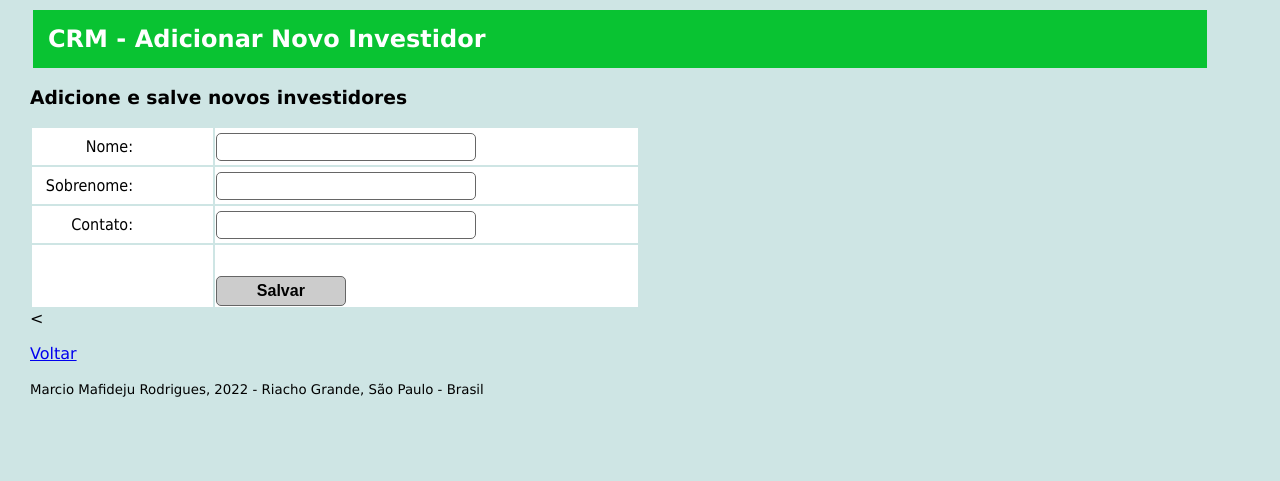
Repository: mafideju/CustomerTracker
Page: http://localhost/web-customer-tracker/WEB-INF/view/customer-form.jsp
These files come from the project's save history. The page is drawn as it stood at one moment and after the next save; the edit follows.
The browser window is 1280 px wide. The pictures show the whole page.
The page is served by Tomcat 9. Nobody is signed in. Other server files are loaded and not shown. The template is opened directly, without the code that normally fills it, so the values that code supplies are empty.

Above is the page before, as saved 2022-01-27 13:33:08.

### web-customer-tracker/WebContent/WEB-INF/view/customer-form.jsp
<%@ taglib uri="http://www.springframework.org/tags/form" prefix="form" %>

<!DOCTYPE html>
<html>
	<head>
		<title>Salvar Investidores</title>
		<link type="text/css" rel="stylesheet" href="${pageContext.request.contextPath}/resources/css/style.css">
		<link type="text/css" rel="stylesheet" href="${pageContext.request.contextPath}/resources/css/add-customer-style.css">
	</head>

	<body>
		<main>

			<div id="wrapper">
				<div id="header">
					<h2>CRM - Adicionar Novo Investidor</h2>
				</div>
			</div>

			<div id="container">

				<h3>Adicione e salve novos investidores</h3>
				<form:form action="saveCustomer" modelAttribute="customer" method="POST">
				<form:hidden path="id" />

					<table>
						<tbody>
						<tr>
							<td><label>Nome: </label></td>
							<td><form:input path="firstName"/></td>
						</tr>
						<tr>
							<td><label>Sobrenome: </label></td>
							<td><form:input path="lastName"/></td>
						</tr>
						<tr>
							<td><label>Contato: </label></td>
							<td><form:input path="email"/></td>
						</tr>
						<tr>
							<td><label></label></td>
							<td><input type="submit" value="Salvar" class="save" /></td>
						</tr>
						</tbody>
					</table>
					<
				</form:form>
				<div style="clear; both"></div>
				<p><a href="${pageContext.request.contextPath}/customer/list">Voltar</a></p>
			</div>

		</main>
		<footer>
			<small>Marcio Mafideju Rodrigues, 2022 - Riacho Grande, São Paulo - Brasil</small>
		</footer>
	</body>
</html>

### web-customer-tracker/WebContent/resources/css/style.css
html, body{
	margin-left:15px;
	margin-right:15px;
	padding:0px;
	font-family:Verdana, Arial, Helvetica, sans-serif;
	background-color: #cee5e4;
}

table {
	border-radius: 15px;
	border-bottom:1px solid gray;
	font-family: Tahoma,Verdana,Segoe,sans-serif;
	width:100%;
}

th {
	border-bottom:1px solid gray;
	background:none repeat scroll 0 0 #09c332;
	padding:10px;
	color: #FFFFFF;
	border-radius: 5px;
}

tr {
	border-top:1px solid gray;
	text-align:center;
}

tr:nth-child(even) {background: #FFFFFF;}
tr:nth-child(odd) {background: #BBBBBB;}

.add-button {
	border: 1px solid #666;
	border-radius: 5px;
	padding: 4px;
	font-size: 12px;
	font-weight: bold;
	width: 120px;
	padding: 5px 10px;
	margin-bottom: 15px;
	background: #cccccc;
}

#wrapper {
	width: 100%;
	margin-top: 0px;
}

#header {
	width: 95%;
	background: #09c332;
	margin-left: 3px;
	margin-top: 10px;
	padding:15px 0px 15px 15px;
}

#header h2 {
	width: 100%;
	margin:auto;
	color: #FFFFFF;
}

#container {
	width: 100%;
	margin: auto
}

#container h3 {
	color: #000;
}

#container #content {
	margin-top: 10px;
}

Loaded but not shown: web-customer-tracker/WebContent/resources/css/add-customer-style.css (common file)

After the next save:
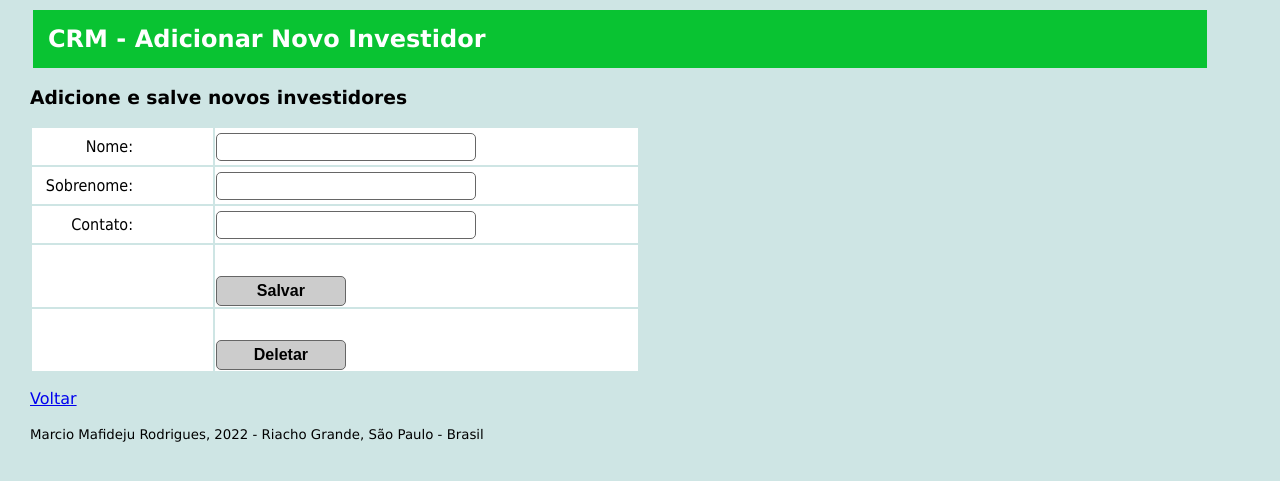
Saved 24 min 13 s later.
--- a/web-customer-tracker/WebContent/WEB-INF/view/customer-form.jsp
+++ b/web-customer-tracker/WebContent/WEB-INF/view/customer-form.jsp
@@ -25,25 +25,28 @@
 
 					<table>
 						<tbody>
-						<tr>
-							<td><label>Nome: </label></td>
-							<td><form:input path="firstName"/></td>
-						</tr>
-						<tr>
-							<td><label>Sobrenome: </label></td>
-							<td><form:input path="lastName"/></td>
-						</tr>
-						<tr>
-							<td><label>Contato: </label></td>
-							<td><form:input path="email"/></td>
-						</tr>
-						<tr>
-							<td><label></label></td>
-							<td><input type="submit" value="Salvar" class="save" /></td>
-						</tr>
+							<tr>
+								<td><label>Nome: </label></td>
+								<td><form:input path="firstName"/></td>
+							</tr>
+							<tr>
+								<td><label>Sobrenome: </label></td>
+								<td><form:input path="lastName"/></td>
+							</tr>
+							<tr>
+								<td><label>Contato: </label></td>
+								<td><form:input path="email"/></td>
+							</tr>
+							<tr>
+								<td><label></label></td>
+								<td><input type="submit" value="Salvar" class="save" /></td>
+							</tr>
+							<tr>
+								<td><label></label></td>
+								<td><input type="submit" value="Deletar" class="save" /></td>
+							</tr>
 						</tbody>
 					</table>
-					<
 				</form:form>
 				<div style="clear; both"></div>
 				<p><a href="${pageContext.request.contextPath}/customer/list">Voltar</a></p>
